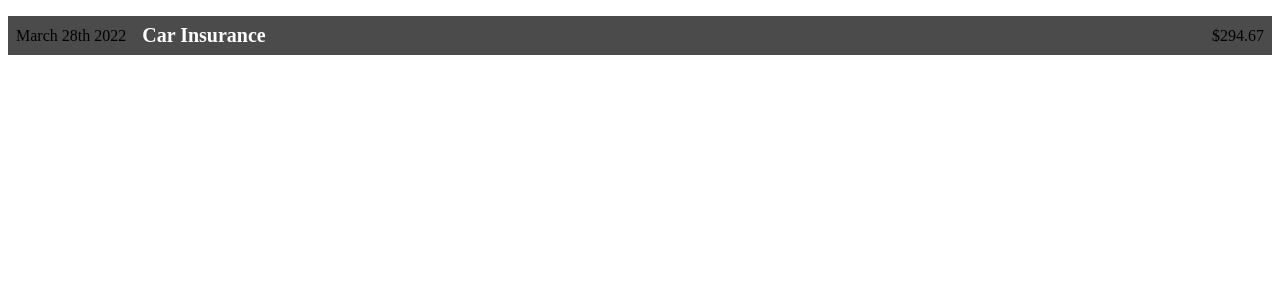
Repository: AbrorjonKuchkarov/expence-tracker-react
Page: /
An editor plug-in stored every save of this project. The page is shown before and after the next save, followed by the edit.
The browser window is 1280 px wide. The pictures show the whole page.
The project was rebuilt for these pictures with package versions that can differ from the ones it lists, and the page was loaded fresh each time. Also part of the build but not shown: src/App.css.

Above is the page before, as saved 2022-04-13 15:08:41.

### src/App.js
import "./App.css";
import ExpenseItem from "./components/ExpenseItem";

function App() {
  return (
    <div>
      <ExpenseItem></ExpenseItem>
    </div>
  );
}

export default App;

### src/components/ExpenseItem.js
import React from "react";
import "./ExpenseItem.css";

const ExpenseItem = () => {
  return (
    <div className="expense-item">
      <div>March 28th 2022</div>
      <div className="expense-item__description">
        <h2>Car Insurance</h2>
        <div>$294.67</div>
      </div>
    </div>
  );
};

export default ExpenseItem;

### src/components/ExpenseItem.css
.expense-item{
   display: flex;
   justify-content: space-between;
   align-items: center;
   box-shadow: 0, 2px, 8px rgba(0,0,0,0.25);
   padding: 0.5rem;
   margin: 1rem 0;
   background-color: #4b4b4b;
}

.expense-item__description{
   display: flex;
   flex-direction: column;
   gap: 1rem;
   align-items: flex-end;
   flex-flow: column-reverse;
   justify-content: flex-start;
   flex: 1;
}

.expense-item h2{
   color: #3a3a3a;
   font-size: 1rem;
   flex: 1;
   margin: 0 1rem;
   color: white;
}

.expense-item__price {
   font-size: 1rem;
   font-weight: bold;
   color: white;
   background-color: #40005d;
   border: 1px solid white;
   padding: 0.5rem;
   border-radius: 12px;
}

@media (min-width: 580px){
   .expense-item__description{
      flex-direction: row;
      align-items: center;
      justify-content: flex-start;
      flex: 1;
   }

   .expense-item__description h2 {
      font-size: 1.25rem;
   }

   .expense-item__price {
      font-size: 1.25rem;
      padding: 0.5rem 1.5rem;
   }
}

Loaded but not shown: public/index.html (common file); src/index.js (common file)

After the next save:
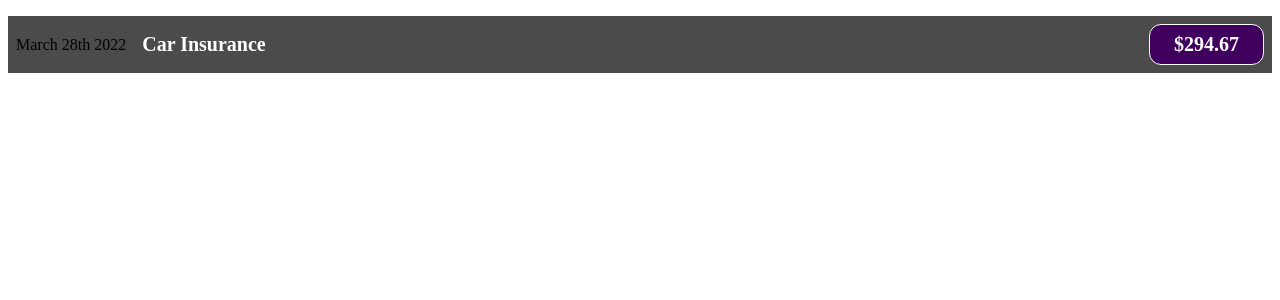
Saved 15 s later.
--- a/src/components/ExpenseItem.js
+++ b/src/components/ExpenseItem.js
@@ -7,7 +7,7 @@ const ExpenseItem = () => {
       <div>March 28th 2022</div>
       <div className="expense-item__description">
         <h2>Car Insurance</h2>
-        <div>$294.67</div>
+        <div className="expense-item__price">$294.67</div>
       </div>
     </div>
   );
